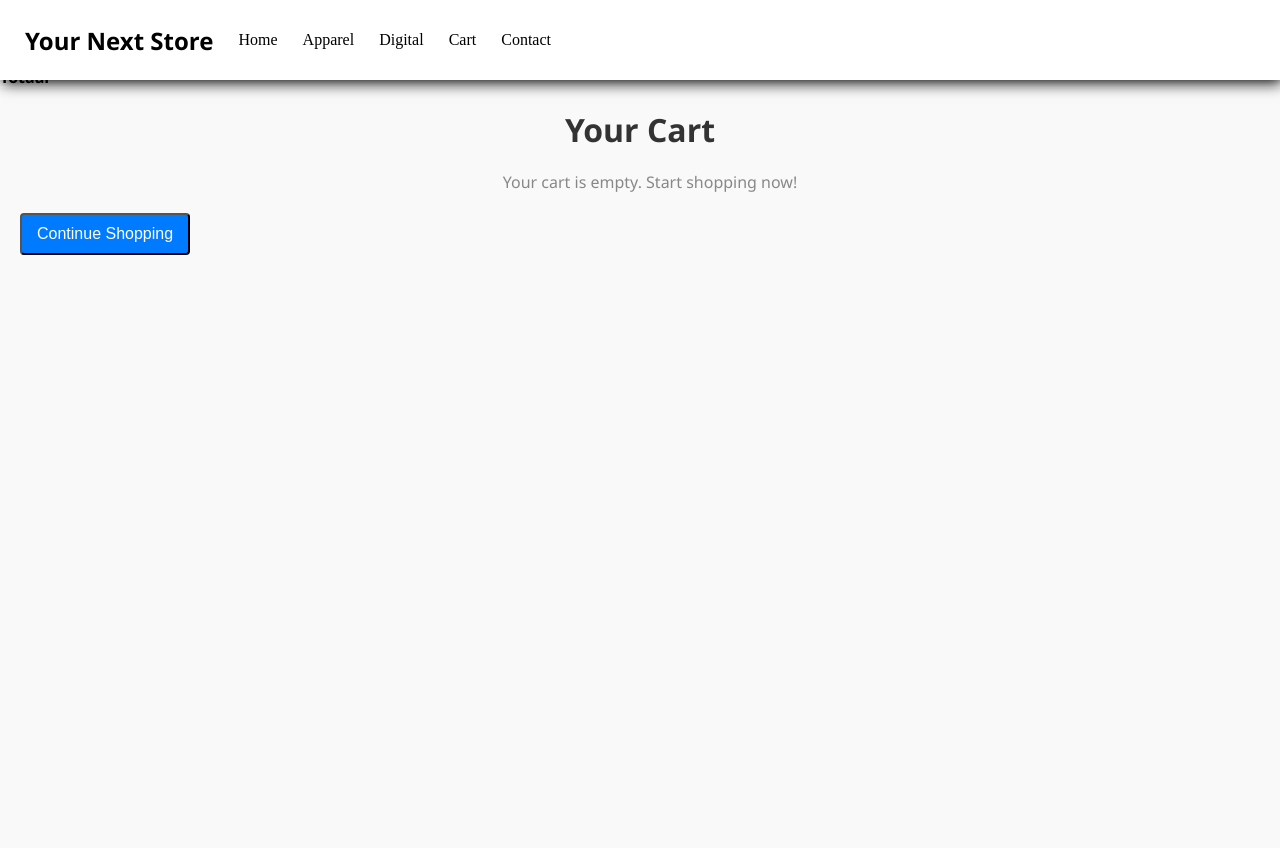
Repository: Sharathguru/React_Project1
Page: /cart
The author's editor kept a copy of each file at every save. The page is drawn from the files as they stood at one save, then again after the next save.
The browser window is 1280 px wide. The pictures show the whole page.
The project was rebuilt for these pictures with package versions that can differ from the ones it lists, and the page was loaded fresh each time. Also part of the build but not shown: vite.config.js, src/Component/Main/Main1.jsx, src/Component/Main/Cloud.jsx, src/Component/Home.jsx, src/Component/NavbarComponent/Apparel.jsx, src/Component/NavbarComponent/Digital.jsx, src/Component/Contact.jsx, src/Component/Main/Signup.jsx and 3 more.

Above is the page before, as saved 2025-01-17 10:45:42.

After the next save:
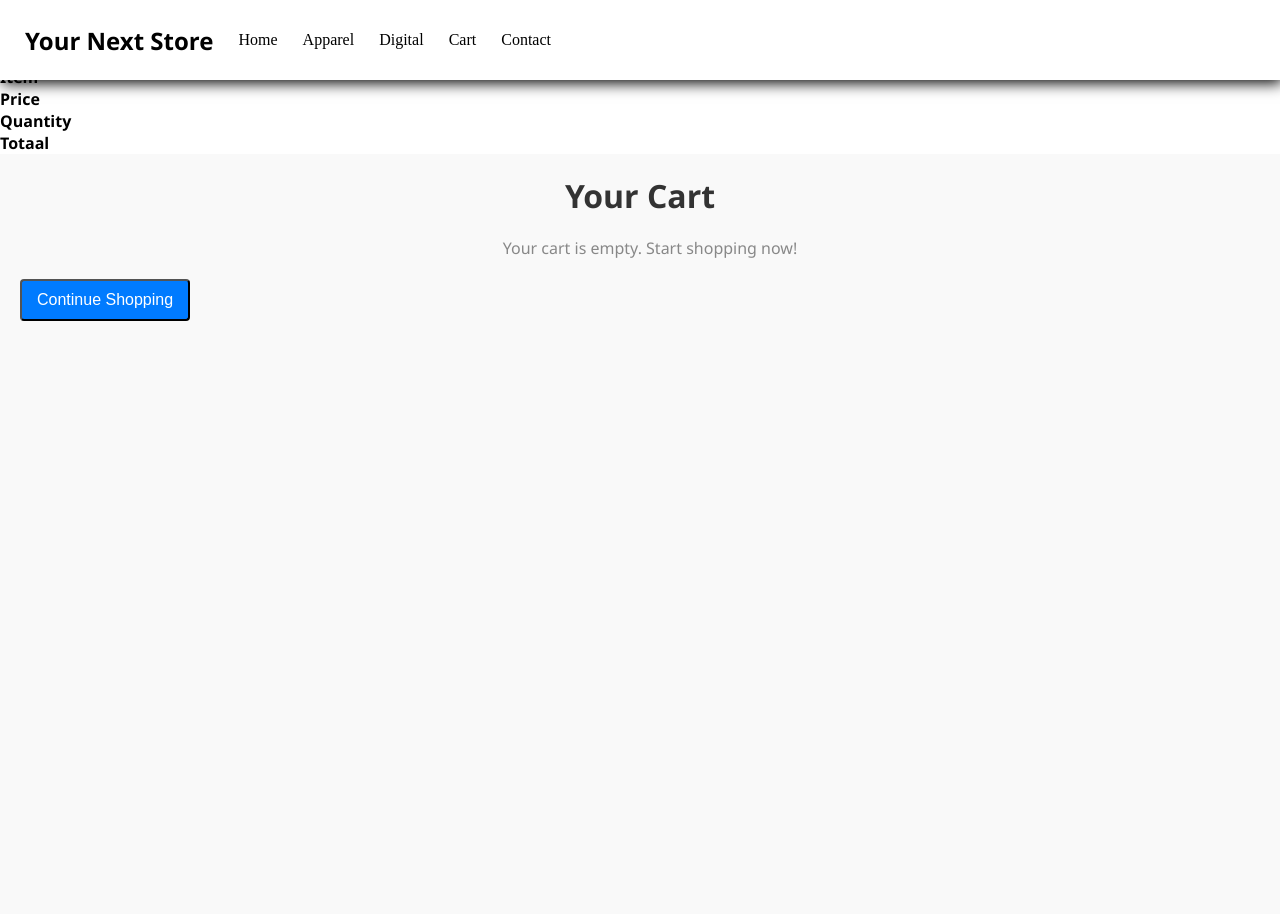
Saved 13 s later.
--- a/src/Component/NavbarComponent/Cart.jsx
+++ b/src/Component/NavbarComponent/Cart.jsx
@@ -37,6 +37,7 @@ const Cart = ({ cartItems, setCartItems }) => {
           <Link className="link" to="/contact">Contact</Link>
         </nav>
       </div>
+      <br /><br /><br />
     <div>
       <div>
         <h4>Item</h4>
